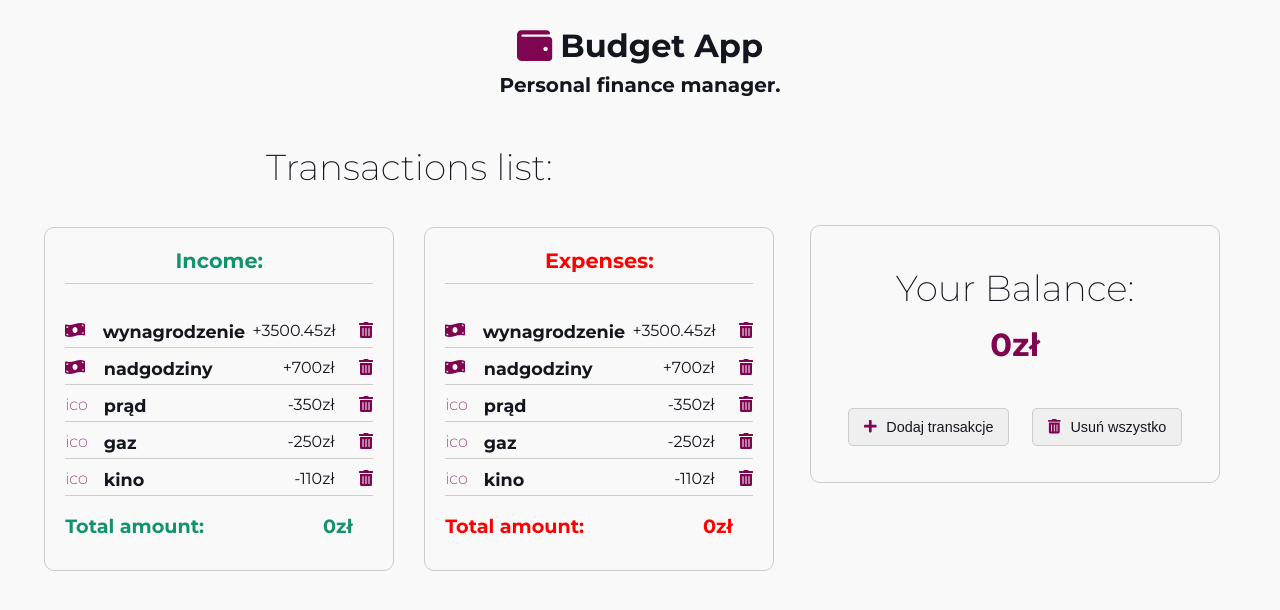
Repository: KrzysKolo/sr_tydzien4_zad4
Page: /
An editor plug-in stored every save of this project. The page is shown before and after a run of saves, followed by the edit.
The browser window is 1280 px wide. The pictures show the whole page.
Some web libraries are served in a nearby version. The project was rebuilt for these pictures with package versions that can differ from the ones it lists, and the page was loaded fresh each time. Also part of the build but not shown: src/components/budgetComponents/sectionComponents/Cat.js, src/components/budgetComponents/formComponents/Header.js, src/components/budgetComponents/formComponents/ErrorMessage.js, src/components/budgetComponents/formComponents/Input.js, src/components/budgetComponents/formComponents/Select.js.

Above is the page before, as saved 2020-12-10 13:32:26.

### public/index.html
<!DOCTYPE html>
<html lang="en">
  <head>
    <meta charset="utf-8" />
    <link rel="icon" href="%PUBLIC_URL%/favicon.ico" />
    <meta name="viewport" content="width=device-width, initial-scale=1" />
    <meta name="theme-color" content="#000000" />
    <meta
      name="description"
      content="Web site created using create-react-app"
    />
    <link rel="apple-touch-icon" href="%PUBLIC_URL%/logo192.png" />
    <!--
      manifest.json provides metadata used when your web app is installed on a
      user's mobile device or desktop. See https://developers.google.com/web/fundamentals/web-app-manifest/
    -->
    <link rel="manifest" href="%PUBLIC_URL%/manifest.json" />
    <!--
      Notice the use of %PUBLIC_URL% in the tags above.
      It will be replaced with the URL of the `public` folder during the build.
      Only files inside the `public` folder can be referenced from the HTML.

      Unlike "/favicon.ico" or "favicon.ico", "%PUBLIC_URL%/favicon.ico" will
      work correctly both with client-side routing and a non-root public URL.
      Learn how to configure a non-root public URL by running `npm run build`.
    -->
    <link
      href="https://fonts.googleapis.com/css?family=Montserrat:200,400,700&display=swap&subset=latin-ext"
      rel="stylesheet"
    />
    <script
      src="https://kit.fontawesome.com/327a0d490c.js"
      crossorigin="anonymous"
    ></script>
    <title>Budget</title>
  </head>
  <body>
    <noscript>You need to enable JavaScript to run this app.</noscript>
    <div id="root"></div>
    <!--
      This HTML file is a template.
      If you open it directly in the browser, you will see an empty page.

      You can add webfonts, meta tags, or analytics to this file.
      The build step will place the bundled scripts into the <body> tag.

      To begin the development, run `npm start` or `yarn start`.
      To create a production bundle, use `npm run build` or `yarn build`.
    -->
  </body>
</html>

### src/App.js
import React from 'react';
import Budget from './components/Budget'

const App = () => {
  return (
    <>
      <Budget/>
    </>
  )
}

export default App;

### src/components/Budget.js
import React, { useContext } from 'react';
import Header from './budgetComponents/Header';
import Section from './budgetComponents/Section';
import SectionInfo from './budgetComponents/SectionInfo';
import H2 from './budgetComponents/sectionComponents/H2';
/* import ExpenseTransaction from './data/ExpenseTransaction';
import IncomeTransaction from './data/IcomeTransaction'; */
import {GlobalContextProvider, GlobalContext} from './context/GlobalState';
import styled, { createGlobalStyle } from 'styled-components';

const GlobalStyle = createGlobalStyle`
    * {
        padding: 0;
        margin: 0;
        box-sizing: border-box;
    }
    body {
        background-color: #f9f9f9;
        color: #14161f;
        font-family: "Montserrat", sans-serif;
        font-size: 16px;
        min-height: 100vh;
    }
    `;
const Container = styled.main`
    font-size: 1.5rem;
`;
const SectionContainer = styled.section`
    display: flex;
    flex-direction: row;
    justify-content: center;
    align-items: center;
`;
const SectionBudget = styled.section`
    display: flex;
    flex-direction: column;
    justify-content: center;
    align-items: center;
`;
const DivItems = styled.div`
    display: flex;
    flex-direction: row;
    justify-content: center;
    align-items: flex-start;

`;
const Budget = () => {
    const {transactions}=useContext(GlobalContext);
    const cat = transactions.map(transaction => transaction);
    console.log(cat);
    const income = cat
        .filter(category => category=0)
        .reduce((acc, item) => (acc+=item),0).toFixed(2);
    const expense = (cat
        .filter(category => category>0)
        .reduce((acc, item) => (acc+=item),0)*1).toFixed(2);
    const totalAmounte = income - expense;
        console.log(income);
    return (
        <GlobalContextProvider>
            <GlobalStyle />
            <Container>
                <Header />
                <SectionContainer>
                    <SectionBudget>
                        <H2 title="Transactions list" />
                        <DivItems>
                            <Section title="Income" label="income" data={transactions} total={+income}/>
                            <Section title="Expenses" data={transactions} total={-expense} />
                        </DivItems>
                    </SectionBudget>
                    <SectionInfo title="Your Balance" total={totalAmounte} />
                </SectionContainer>
            </Container>
        </GlobalContextProvider>
    )
}

export default Budget;

### src/components/budgetComponents/Header.js
import React from 'react';
import styled from 'styled-components';
import { FontAwesomeIcon } from '@fortawesome/react-fontawesome';
import { faWallet } from '@fortawesome/free-solid-svg-icons';

const SectionHeader = styled.header`
    align-items: center;
    color: rgb(127, 5, 80);
    display: flex;
    font-size: 2.2rem;
    flex-direction: column;
    justify-content: center;
    padding: 2%;
`;
const DivHeader = styled.div`
    align-items: center;
    display: flex;
    flex-direction: row;
    justify-content: center;
    margin-bottom: 0.5rem;
`;
const H1Header = styled.h1`
    color: #14161f;
    font-size: 2rem;
    margin-left: .5rem;
`;
const H2Header = styled.h2`
    color: #14161f;
    font-size: 1.25rem;
`;
const Header = () => {
    return (
        <SectionHeader>
            <DivHeader>
                <FontAwesomeIcon icon={faWallet}/>
                <H1Header>Budget App</H1Header>
            </DivHeader>
            <H2Header>Personal finance manager.</H2Header>
        </SectionHeader>
    )
}

export default Header;

### src/components/budgetComponents/Section.js
import React, { useContext } from 'react';
import { GlobalContext } from '../context/GlobalState';
import { H1, DivData }from './sectionComponents/index';

import styled from 'styled-components';

const SectionWrapper = styled.section`
    border: 1px solid #ccc;
    border-radius: 10px;
    display: flex;
    flex-direction: column;
    font-size: 1.3rem;
    justify-content: center;
    align-items: center;
    margin: 2%;
    padding: 20px;
    min-width: 350px;
    width: 50%;
`;
const Section = ({ title, label, data, total }) => {

   return (
        <SectionWrapper>
           <H1 title={title} label={label} />
           <DivData data={data} label={label} total={total}  />
        </SectionWrapper>
    )
}

export default Section;

### src/components/budgetComponents/SectionInfo.js
import React, { useState } from 'react';
import { H2, P } from './sectionComponents/index';
import Form from './Form';
import Button from './../budgetComponents/buttons/Button';
import styled from 'styled-components';
import { faPlus,  faTrashAlt } from '@fortawesome/free-solid-svg-icons';
const SectionWrapper = styled.section`
    border: 1px solid #ccc;
    border-radius: 10px;
    display: flex;
    flex-direction: column;
    margin: 2vw;
    padding: 2%;
`;
const ButtonWrapper = styled.div`
    display: flex;
    flex-direction: row;
`;

const SectionInfo = ({ title, total }) => {
    const [showForm, setShowForm] = useState(false);
    const openForm = () =>{
        setShowForm(prev => !prev);
  };
    return (
        <>
        <SectionWrapper>
           <H2 title={title}> </H2>
           <P total={total} />
           <ButtonWrapper>
                <Button onClick={openForm} title="Dodaj transakcje" icons={faPlus} />
                <Button title="Usuń wszystko" icons={faTrashAlt} type="submit"/>
           </ButtonWrapper>

        </SectionWrapper>
        <Form showForm={showForm} setShowForm={setShowForm} />
        </>
    )
}

export default SectionInfo;

### src/components/budgetComponents/sectionComponents/H2.js
import React from 'react'
import styled from 'styled-components';

const TitleH2 = styled.h2`
    font-weight: 200;
    margin: 2% auto;
    padding: 0.5rem;
`;

const H2 = ({title}) => {
    return (
        <TitleH2>
            {title}:
        </TitleH2>
    )
}

export default H2;

### src/components/context/GlobalState.js
import React, {createContext, useReducer} from 'react';
import AppReducer from './AppReducer';
const initialState = {
    transactions: [
        { id: 0, category: 0, name: "wynagrodzenie", amount: 3500.45},
        { id: 1, category: 0, name: "nadgodziny", amount: 700},
        { id: 2, category: 1, name: "prąd", amount: 350},
        { id: 3, category: 1, name: "gaz", amount: 250},
        { id: 4, category: 4, name: "kino", amount: 110},
    ],
};
export const GlobalContext = createContext(initialState);
export const GlobalContextProvider = ({children}) => {
    const [state, dispatch] = useReducer(AppReducer, initialState);

   const deleteTransaction = id => {
        dispatch({
            type: "DELETE_TRANSACTION",
            payload: id,
          });
    };
    return (
        <GlobalContext.Provider value={{
            transactions: state.transactions,
            deleteTransaction,
        }}>
            {children}
        </GlobalContext.Provider>
    )
}

### src/components/budgetComponents/sectionComponents/index.js
export { default as H1 } from './H1';
export { default as H2 } from './H2';
export { default as P } from './P';
export { default as DivData } from './DivData';

### src/components/budgetComponents/Form.js
import React, { useState, useContext } from 'react';
import { v4 as uuidv4 } from 'uuid';
import { GlobalContext } from '../context/GlobalState';
import { Header, Input, Select } from './formComponents/';
import Button from './buttons/Button';
import styled from 'styled-components';
import SelectOptions from './../data/SelectOptions';
import { faBusinessTime, faSave, faWindowClose } from '@fortawesome/free-solid-svg-icons';
import { useFormik } from 'formik';
import * as yup from 'yup';

const FormWrapper = styled.form`
    background-color: #f9f9f9;
    border: 4px double rgb(127, 5, 80);
    border-radius: 10px;
    box-shadow: 3px 3px 5px rgba(127, 5, 80, 0.5);
    color: rgb(127, 5, 80);
    position: fixed;
    display: flex;
    flex-direction: column;
    justify-content: center;
    align-items: center;
    padding: 10px;
    width: 20vw;
    min-width: 300px;
`;
const ButtonWrapper = styled.div`
    display: flex;
    flex-direction: row;
    justify-content: center;
    border-top: 1px solid rgba(127, 5, 80, 0.3);
    padding-top: 10px;
    margin-top: 1.4rem;
`;

const FormData = ({ showForm, setShowForm }) => {
    const { addTransactions} = useContext(GlobalContext);

    const initialValues  = {
        name: '',
        amount: '',
        category: -1,
    };
    const validationSchema = yup.object({
        name: yup.string().required("Required").min(3, "Musi być min 3 znaki").max(50,"Moze być max 50 znaków"),
        amount: yup.number().required("Required").min(1, "Musi być conajmniej 1 cyfra"),
        category: yup.number().required("Musi być wybrane").min(0, ).max(5),
    })
    const [transaction, setTransaction] = useState({initialValues});
    const onSubmit = (values, {resetForm}, {initialValues} ) => {
        console.log('Form data', values);
        setTransaction = ({
            id: uuidv4(),
            name: initialValues.name,
            amount: initialValues.amount*1,
            category: initialValues.category,
        });
        console.log(transaction);
        addTransactions(transaction);
        console.log("dodano do tablicy");
        resetForm();
    };

    const closeForm = () => {
        setShowForm(false);
    };

    const formik = useFormik({
        initialValues,
        validationSchema,
        onSubmit,
    });
    return (
        <>
        { showForm &&
        <FormWrapper onSubmit={formik.handleSubmit}>
            <Header icons={faBusinessTime} title={"Dodaj transakcje!"} />
            <Input type="text" label="Nazwa transakcji" name="name" placeholder="nazwa transakcji..." onChange={formik.handleChange} value={formik.values.name} onBlur={formik.handleBlur} error={formik.errors.name} message={formik.errors.name} touched={formik.touched.name} />
            <Input type="text" label="Kwota transakcji" name="amount" placeholder="kwota..." onChange={formik.handleChange} value={formik.values.amount} onBlur={formik.handleBlur} error={formik.errors.amount} message={formik.errors.amount} touched={formik.touched.amount}/>
            <Select options={SelectOptions} label="Wybierz kategorię transakcji" name="category" onChange={formik.handleChange} value={formik.values.category} onBlur={formik.handleBlur} error={formik.errors.category} message={formik.errors.category} touched={formik.touched.category}/>
            <ButtonWrapper>
                <Button type="submit" title="Zapisz" icons={faSave} />
                <Button title="Anuluj" icons={faWindowClose} type="cancel" onClick={closeForm} />
            </ButtonWrapper>
        </FormWrapper>
        }
        </>
    )
}

export default FormData;

### src/components/budgetComponents/buttons/Button.js
import React from 'react';
import styled from 'styled-components';
import { FontAwesomeIcon } from '@fortawesome/react-fontawesome';

const ButtonDiv = styled.button`
    border: 1px solid #ccc;
    border-radius: 5px;
    margin: 0.7rem;
    padding: 10px 15px;
    display: flex;
    flex-direction: row;
    align-items: center;
    color: rgb(127, 5, 80);
    font-size: 0.9rem;
    cursor: pointer;
    transition: 0.3s ease-in-out;
    &:hover {
        border: 1px solid rgba(127, 5, 80, 0.4);
        background-color:  #f9f9f9;
        color: rgba(127, 5, 80, 0.5);
    }
`;
const ButtonTitleDiv = styled.div`
    margin-left: 10px;
    color: #14161f;
`;
const Button = ({ title, icons, onClick }) => {
    return (
        <ButtonDiv onClick={onClick}>
            <FontAwesomeIcon icon={icons} />
            <ButtonTitleDiv>{title}</ButtonTitleDiv>
        </ButtonDiv>
    )
}

export default Button;

### src/components/context/AppReducer.js
export default (state, action) => {
    switch (action.type) {
        case 'ADD_INCOME':
            return {
                ...state,
                incomeTransactions: [action.payload, ...state.incomeTransactions],
            }
        case 'ADD_EXPENSE':
            return {
                ...state,
                expenseTransactions: [action.payload, ...state.expenseTransactions],
            }
        case 'DELETE_TRANSACTION':
            return {
                ...state,
                incomeTransactions: state.incomeTransactions.filter(
                    incomeTransaction => incomeTransaction.id !== action.payload
                  ),
                  expenseTransactions: state.expenseTransactions.filter(
                    expenseTransaction => expenseTransaction.id !== action.payload
                  ),
            }
        default:
            return state
        }
      };

### src/components/budgetComponents/sectionComponents/H1.js
import React from 'react'
import styled from 'styled-components';

const TitleH1Styles = (label) => `
border-bottom: 1px solid #ccc;
color: ${label ? 'rgb(19, 147, 109)' : 'red'};
margin-bottom: 2rem;
padding-bottom: 10px;
display: block;
width: 100%;
text-align: center;
`;
const TitleH1 = styled.h1`
      ${props => TitleH1Styles(props.label)}
`;
const H1 = (props) => {
    const { title, label } = props;
    return (
        <TitleH1 label={label}>
            {title}:
        </TitleH1>
    )
}

export default H1;

### src/components/budgetComponents/sectionComponents/P.js
import React from 'react';
import styled from 'styled-components';

const InfoP = styled.p`
    color: rgb(127, 5, 80);
    font-size: 2rem;
    font-weight: bold;
    width: 100%auto;
    text-align: center;
    padding-bottom: 2rem;
`;

const P = ({total}) => {
    return (
        <InfoP>
            {total}zł
        </InfoP>
    )
}

export default P;

### src/components/budgetComponents/sectionComponents/DivData.js
import React, { useContext } from 'react';
import { GlobalContext } from '../../context/GlobalState';
import Cat from './Cat';
import { FontAwesomeIcon } from '@fortawesome/react-fontawesome';
import { faTrashAlt} from '@fortawesome/free-solid-svg-icons';
import { faMoneyBillWave, faCartArrowDown, faHamburger, faFilm, faSwimmer } from '@fortawesome/free-solid-svg-icons';

import styled from 'styled-components';

const Container = styled.div`
    width: 100%;
    display: flex;
    flex-direction: column;
    justify-content: flex-start;
    align-items: flex-start;
    align-content: flex-start;
`;
const DivWrapper = styled.div`
    display: grid;
    grid-template-columns: 0.5fr 2fr 1fr 0.5fr;
    width: 100%;
    margin: 5px 0;
    border-bottom: 1px solid #ccc;
    padding-bottom: 5px;
`;
const NameH3 = styled.h3`
    font-size: 1.1rem;
    font-weight: 600;
    text-align: left;
`;
const AmountSpan = styled.span`
    font-size: 1rem;
    text-align: right;
`;
const FontAwsomeP = styled.p`
    font-size: 1rem;
    font-weight: 300;
    text-align: right;
    color: rgb(127, 5, 80);
    cursor: pointer;
    transition: 0.3s ease-in-out;
    &:hover{
        transform: scale(0.9);
        color: rgba(127, 5, 80, 0.8);
    }
`;
const TotalAmountDivStyles = (label) => `
    color: ${label ? 'rgb(19, 147, 109)' : 'red'};
    font-size: 1.2rem;
    font-weight: 800;
    margin: 4% auto;
    width: 100%;
`;
const TotalAmountDiv = styled.div`
    display: grid;
    grid-template-columns: 2fr 1fr;
    ${props => TotalAmountDivStyles(props.label)}
`;
const AmountP = styled.p`
    text-align: right;
    margin-right: 20%;
`;
const IcoP = styled.p`
    font-size: 1rem;
    font-weight: 300;
    text-align: left;
    color: rgb(127, 5, 80);
`;


const DivData = ({data, label, total, onClick}) => {
    const {deleteTransaction} = useContext(GlobalContext);
    return (
        <Container>
            {data.map(item => (

                <DivWrapper key={item.id}>
                    <IcoP>{item.category > 0 ? 'ico' : <FontAwesomeIcon icon={faMoneyBillWave} />}</IcoP>
                    <NameH3>{item.name}</NameH3>
                    <AmountSpan>{item.category > 0 ? '-' : '+'}{item.amount}zł</AmountSpan>
                    <FontAwsomeP onClick={() => deleteTransaction(data.id)}><FontAwesomeIcon icon={faTrashAlt}/></FontAwsomeP>
                </DivWrapper>)) }
                <TotalAmountDiv label={label}><p>Total amount:</p>  <AmountP>{total}zł</AmountP></TotalAmountDiv>
        </Container>
    )
}

export default DivData;

### src/components/budgetComponents/formComponents/index.js
export { default as Header } from './Header';
export { default as Input } from './Input';
export { default as ErrorMessage } from './ErrorMessage';
export { default as Select } from './Select';

### src/components/data/SelectOptions.js
const SelectOptions=[
    { id: -1, value: "-1", label:"", title: 'Select...' },
    { id: 0, value: "0", label:"[+]", title: 'Przychód' },
    { id: 1, value: "1", label:"[-]", title: 'Rachunki' },
    { id: 2, value: "2", label:"[-]", title: 'Sport' },
    { id: 3, value: "3", label:"[-]", title: 'Wyżywienie' },
    { id: 4, value: "4", label:"[-]", title: 'Kultura' },
    { id: 5, value: "5", label:"[-]", title: 'Wypoczynek' },
];
export default SelectOptions;

Loaded but not shown: src/index.js (common file); src/index.css (common file)

After the next 2 saves:
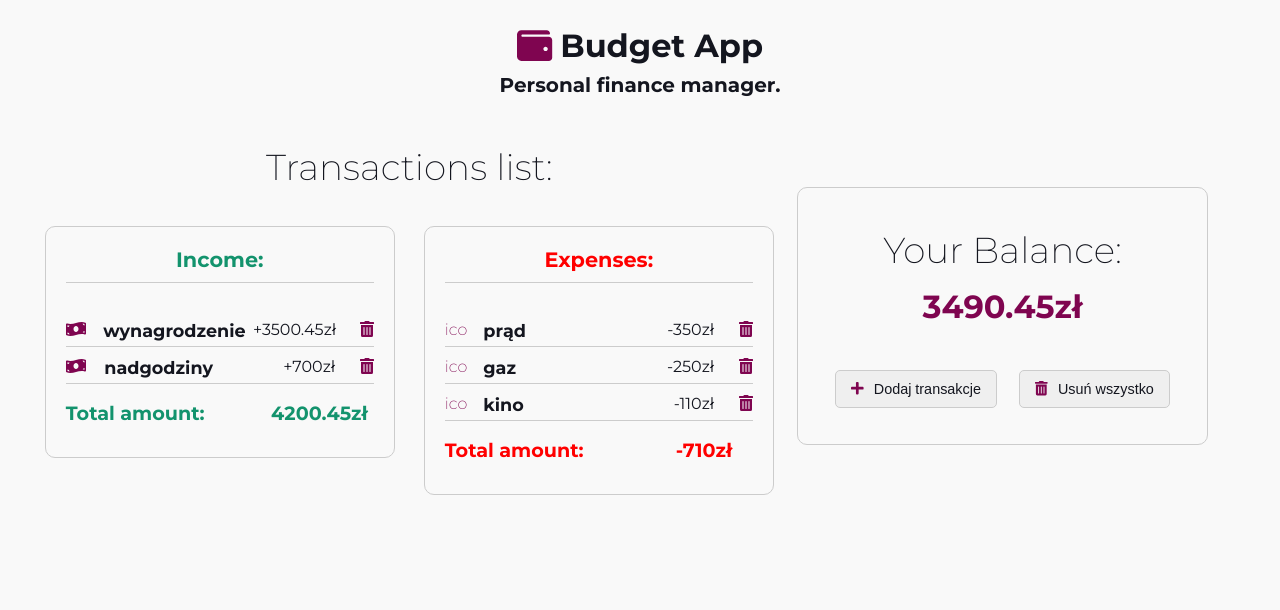
The 2 saves are shown as one change because 1 did not build or start.
The last was saved 5 min 0 s later.
--- a/src/components/Budget.js
+++ b/src/components/Budget.js
@@ -45,17 +45,13 @@ const DivItems = styled.div`
 
 `;
 const Budget = () => {
-    const {transactions}=useContext(GlobalContext);
-    const cat = transactions.map(transaction => transaction);
-    console.log(cat);
-    const income = cat
-        .filter(category => category=0)
-        .reduce((acc, item) => (acc+=item),0).toFixed(2);
-    const expense = (cat
-        .filter(category => category>0)
-        .reduce((acc, item) => (acc+=item),0)*1).toFixed(2);
-    const totalAmounte = income - expense;
-        console.log(income);
+    const {incomeTransactions, expenseTransactions}=useContext(GlobalContext);
+    const incomeAmounts = incomeTransactions.map(incomeTransaction => incomeTransaction.amount);
+    const expenseAmounts = expenseTransactions.map(expenseTransaction => expenseTransaction.amount);
+    const totalIncome = incomeAmounts.reduce((acc, item) => (acc+=item),0).toFixed(2);
+    const totalExpense = expenseAmounts.reduce((acc, item) => (acc+=item),0).toFixed(2);
+    const totalAmounte = totalIncome - totalExpense;
+
     return (
         <GlobalContextProvider>
             <GlobalStyle />
@@ -65,8 +61,8 @@ const Budget = () => {
                     <SectionBudget>
                         <H2 title="Transactions list" />
                         <DivItems>
-                            <Section title="Income" label="income" data={transactions} total={+income}/>
-                            <Section title="Expenses" data={transactions} total={-expense} />
+                            <Section title="Income" label="income" data={incomeTransactions} total={+totalIncome}/>
+                            <Section title="Expenses" data={expenseTransactions} total={-totalExpense} />
                         </DivItems>
                     </SectionBudget>
                     <SectionInfo title="Your Balance" total={totalAmounte} />
--- a/src/components/context/GlobalState.js
+++ b/src/components/context/GlobalState.js
@@ -1,19 +1,21 @@
 import React, {createContext, useReducer} from 'react';
 import AppReducer from './AppReducer';
 const initialState = {
-    transactions: [
+    incomeTransactions: [
         { id: 0, category: 0, name: "wynagrodzenie", amount: 3500.45},
         { id: 1, category: 0, name: "nadgodziny", amount: 700},
-        { id: 2, category: 1, name: "prąd", amount: 350},
-        { id: 3, category: 1, name: "gaz", amount: 250},
-        { id: 4, category: 4, name: "kino", amount: 110},
+    ],
+    expenseTransactions: [
+        { id: 0, category: 1, name: "prąd", amount: 350},
+        { id: 1, category: 1, name: "gaz", amount: 250},
+        { id: 3, category: 4, name: "kino", amount: 110},
     ],
 };
 export const GlobalContext = createContext(initialState);
 export const GlobalContextProvider = ({children}) => {
     const [state, dispatch] = useReducer(AppReducer, initialState);
 
-   const deleteTransaction = id => {
+    const deleteTransaction = id => {
         dispatch({
             type: "DELETE_TRANSACTION",
             payload: id,
@@ -21,7 +23,8 @@ export const GlobalContextProvider = ({children}) => {
     };
     return (
         <GlobalContext.Provider value={{
-            transactions: state.transactions,
+            incomeTransactions: state.incomeTransactions,
+            expenseTransactions: state.expenseTransactions,
             deleteTransaction,
         }}>
             {children}
